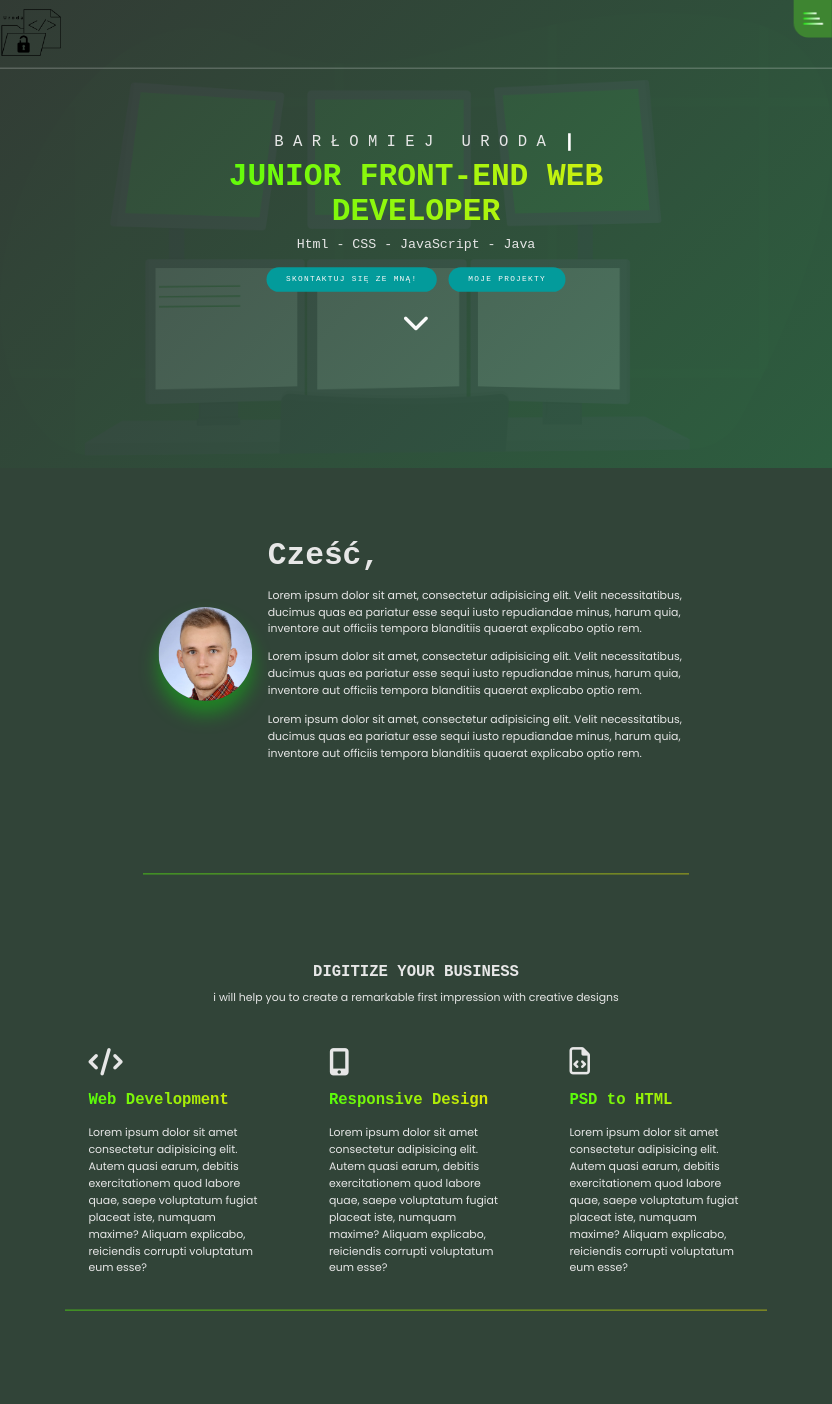
Repository: BartekUroda/portfolio
Page: index.html
These files come from the project's save history. The page is drawn as it stood at one moment and after the next save; the edit follows.
The browser window is 1280 px wide. The pictures show the whole page, at 65% of full size.
Some web fonts or font styles are not loaded; a fallback is used. Some web libraries are served in a nearby version.

Above is the page before, as saved 2020-10-27 20:38:09.

After the next save:
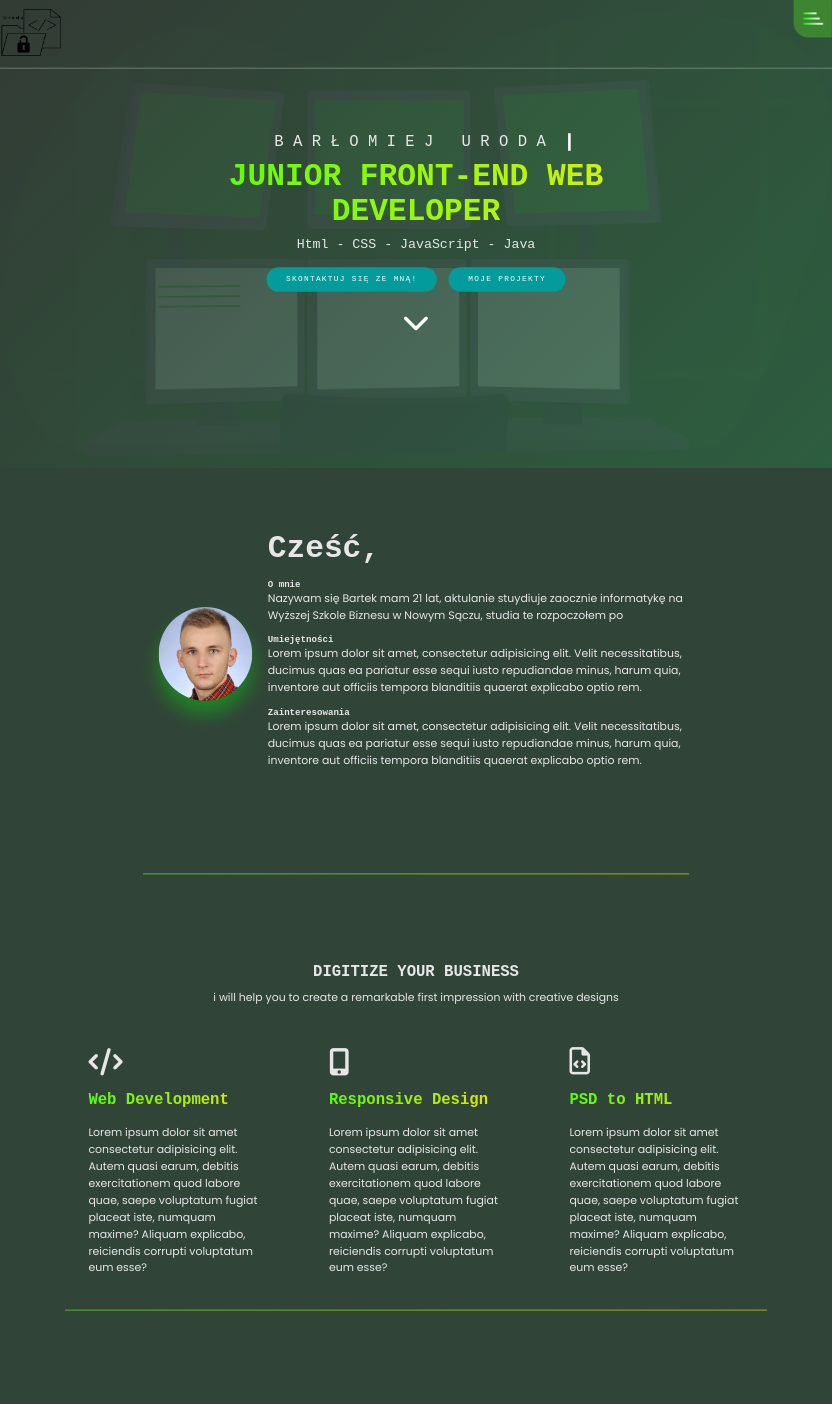
Saved 8 min 37 s later.
--- a/index.html
+++ b/index.html
@@ -95,18 +95,19 @@
           </div>
           <div class="about-text-box">
             <h2>Cześć,</h2>
+            <h3>O mnie</h3>
+            <p>
+              Nazywam się Bartek mam 21 lat, aktulanie stuydiuje zaocznie informatykę
+              na Wyższej Szkole Biznesu w Nowym Sączu, studia te rozpoczołem po
+            </p>
+            <h3>Umiejętności</h3>
             <p>
               Lorem ipsum dolor sit amet, consectetur adipisicing elit. Velit
               necessitatibus, ducimus quas ea pariatur esse sequi iusto
               repudiandae minus, harum quia, inventore aut officiis tempora
               blanditiis quaerat explicabo optio rem.
             </p>
-            <p>
-              Lorem ipsum dolor sit amet, consectetur adipisicing elit. Velit
-              necessitatibus, ducimus quas ea pariatur esse sequi iusto
-              repudiandae minus, harum quia, inventore aut officiis tempora
-              blanditiis quaerat explicabo optio rem.
-            </p>
+            <h3>Zainteresowania</h3>
             <p>
               Lorem ipsum dolor sit amet, consectetur adipisicing elit. Velit
               necessitatibus, ducimus quas ea pariatur esse sequi iusto
--- a/css/style.css
+++ b/css/style.css
@@ -322,7 +322,10 @@ hr {
     font-size: 2rem;
     margin: 0.5rem 0 1rem 0;
 }
-
+.title-heading h3 {
+    font-size: 1.5rem;
+    margin: 0.5rem 0 1rem 0;
+}
 .title-heading p {
     font-family: "Poppins", sans-serif;
     margin-bottom: 5rem;
